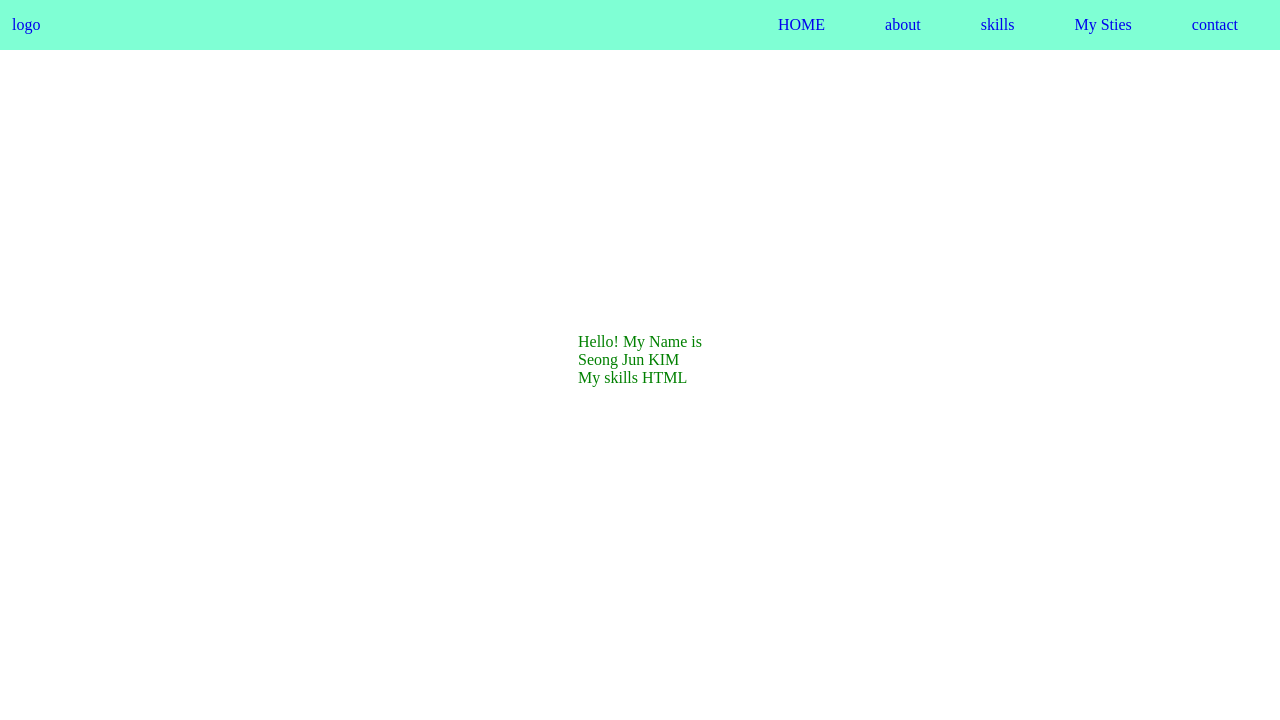
Repository: jun01270/jun
Page: index.html
An editor plug-in stored every save of this project. The page is shown before and after the next save, followed by the edit.
The browser window is 1280 px wide. The pictures show the whole page.

Above is the page before, as saved 2023-05-09 12:01:00.

After the next save:
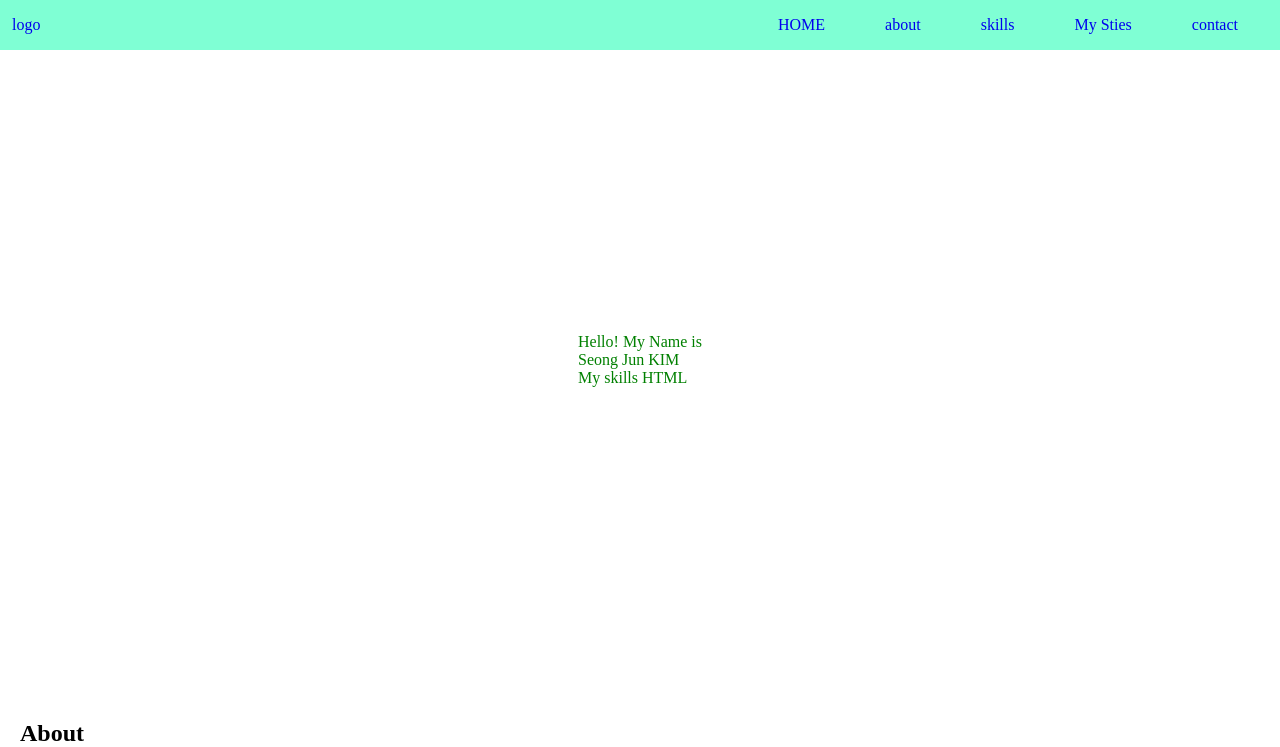
Saved 77 s later.
--- a/index.html
+++ b/index.html
@@ -30,7 +30,13 @@
     </section>
 
     <section class="about">
-      <div class="max-width"></div>
+      <div class="max-width">
+        <h2 class="title">About</h2>
+        <div class="about-content">
+            <div class="left-column>
+            </div>
+        </div>
+      </div>
     </section>
 
     <section class="skills"></section>
